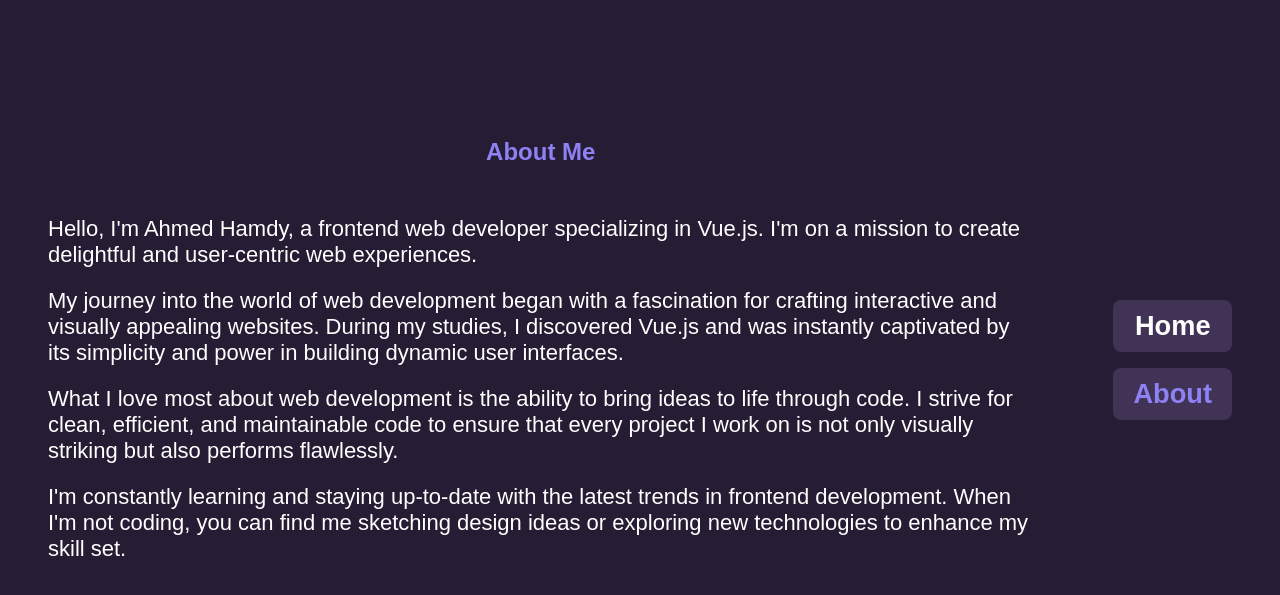
Repository: ahamdy997/portfolio
Page: /about
An editor plug-in stored every save of this project. The page is shown before and after the next save, followed by the edit.
The browser window is 1280 px wide. The pictures show the whole page.
The project was rebuilt for these pictures with package versions that can differ from the ones it lists, and the page was loaded fresh each time. Also part of the build but not shown: vue.config.js, src/components/HelloWorld.vue, src/views/HomeView.vue.

Above is the page before, as saved 2023-11-05 22:57:57.

### src/App.vue
<template>
  <div class="flex">
    <router-view />
    <header>
      <nav>
        <router-link to="/">Home</router-link>
        <router-link to="/about">About</router-link>
      </nav>
    </header>
  </div>
</template>

<style>
* {
  box-sizing: border-box;
  padding: 0;
  margin: 0;
}
#app {
  width: 100%;
  height: 100vh;
  display: flex;
  align-items: center;
  justify-content: space-between;
  text-align: center;
}
.flex {
  display: flex;
  align-items: center;
  justify-content: space-between;
  padding: 3rem;
  gap: 5rem;
}
header {
  font-size: 1.7rem;
}

nav {
  text-align: center;
  display: flex;
  flex-direction: column;
  gap: 1rem;
  margin-right: 0;
}
body {
  font-family: sans-serif;
  background: #261c33;
  color: #fff;
  width: 100vw;
}
nav a {
  font-weight: bold;
  color: #fff;
  text-decoration: none;
  border-radius: 8px;
  background-color: #56447092;
  padding: 10px 20px;
}
a:hover {
  color: rgba(137, 147, 200, 0.7);
}

nav a.router-link-exact-active {
  color: #8d81f3;
}
</style>

### src/views/AboutView.vue
<template>
  <div class="about">
    <h2>About Me</h2>
    <p>
      Hello, I'm Ahmed Hamdy, a frontend web developer specializing in Vue.js.
      I'm on a mission to create delightful and user-centric web experiences.
    </p>
    <p>
      My journey into the world of web development began with a fascination for
      crafting interactive and visually appealing websites. During my studies, I
      discovered Vue.js and was instantly captivated by its simplicity and power
      in building dynamic user interfaces.
    </p>
    <p>
      What I love most about web development is the ability to bring ideas to
      life through code. I strive for clean, efficient, and maintainable code to
      ensure that every project I work on is not only visually striking but also
      performs flawlessly.
    </p>
    <p>
      I'm constantly learning and staying up-to-date with the latest trends in
      frontend development. When I'm not coding, you can find me sketching
      design ideas or exploring new technologies to enhance my skill set.
    </p>
  </div>
</template>
<style scoped>
p {
  margin-bottom: 20px;
}
.about h2 {
  text-align: center;
  margin-bottom: 50px;
  font-size: 1.5rem;
  color: #8d81f3;
}
.about {
  text-align: start;
  font-size: 22px;
}
</style>

Loaded but not shown: public/index.html (common file); src/main.js (common file); src/router/index.js (common file)

After the next save:
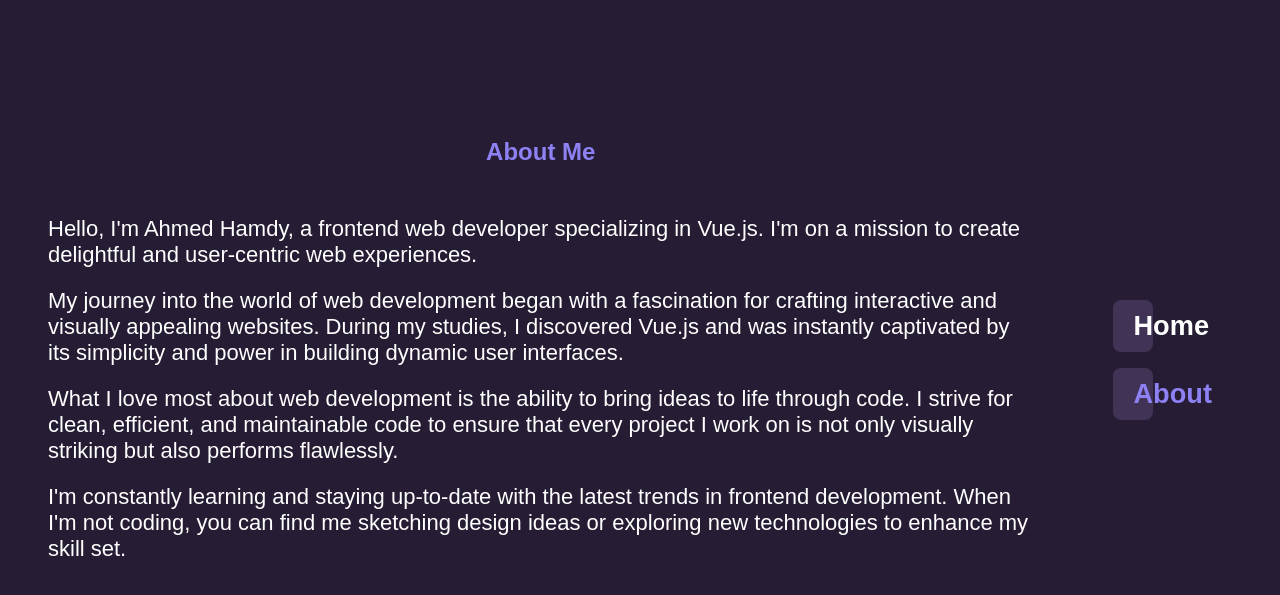
Saved 28 s later.
--- a/src/App.vue
+++ b/src/App.vue
@@ -40,7 +40,7 @@
   display: flex;
   flex-direction: column;
   gap: 1rem;
-  margin-right: 0;
+  width: 20%;
 }
 body {
   font-family: sans-serif;

After the 2 saves that followed:
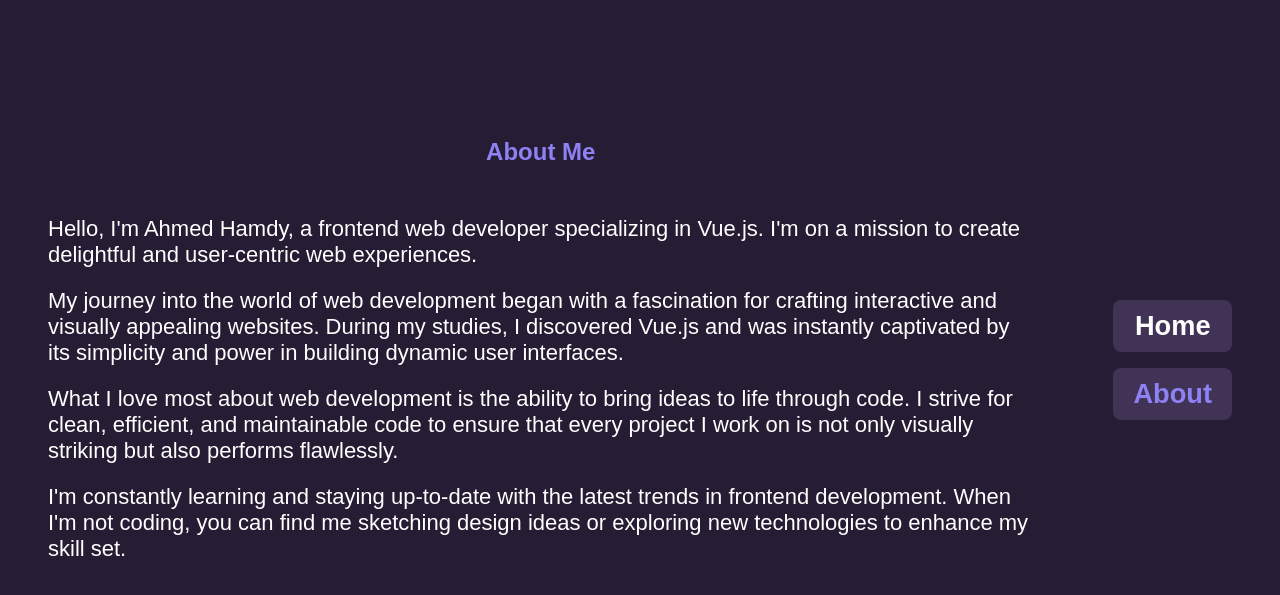
The 2 saves are shown as one change because 1 left the picture as it was.
The last was saved 55 s later.
--- a/src/App.vue
+++ b/src/App.vue
@@ -30,6 +30,7 @@
   justify-content: space-between;
   padding: 3rem;
   gap: 5rem;
+  width: 100%;
 }
 header {
   font-size: 1.7rem;
@@ -40,7 +41,6 @@
   display: flex;
   flex-direction: column;
   gap: 1rem;
-  width: 20%;
 }
 body {
   font-family: sans-serif;
